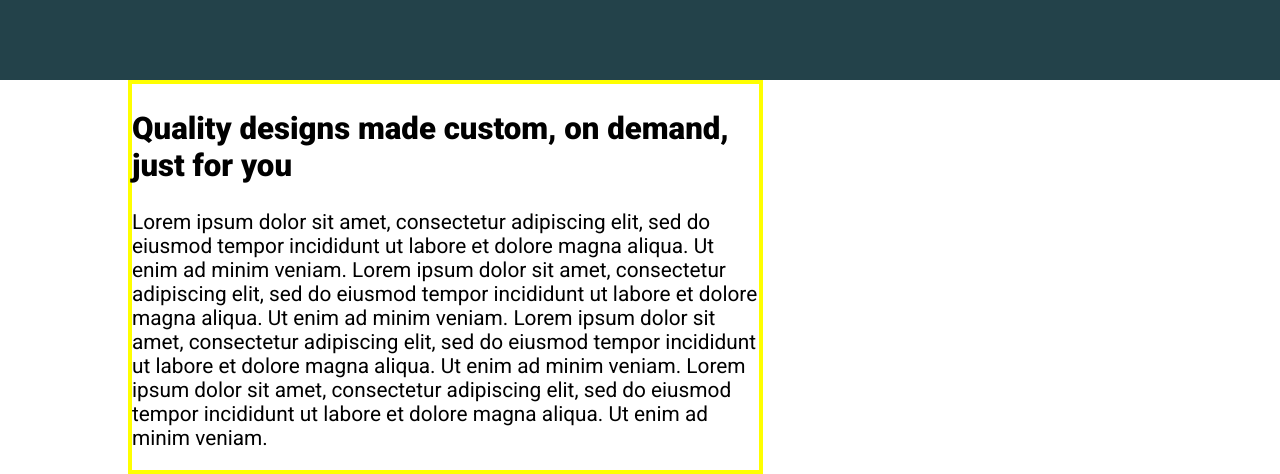
Repository: cipdanila/KP-CodePen-Home-Conquering-Responsive-Layouts-flexbox-challenge-2
Page: index.html
The author's editor kept a copy of each file at every save. The page is drawn from the files as they stood at one save, then again after the next save.
The browser window is 1280 px wide. The pictures show the part of the page from y = 464 to 956 px (the page is 938 px tall before and 956 px after).
A picture or video elsewhere on the page could not be fetched, so the positions and the page height are approximate.

Above is the page before, as saved 2024-03-28 20:29:20.

After the next save:
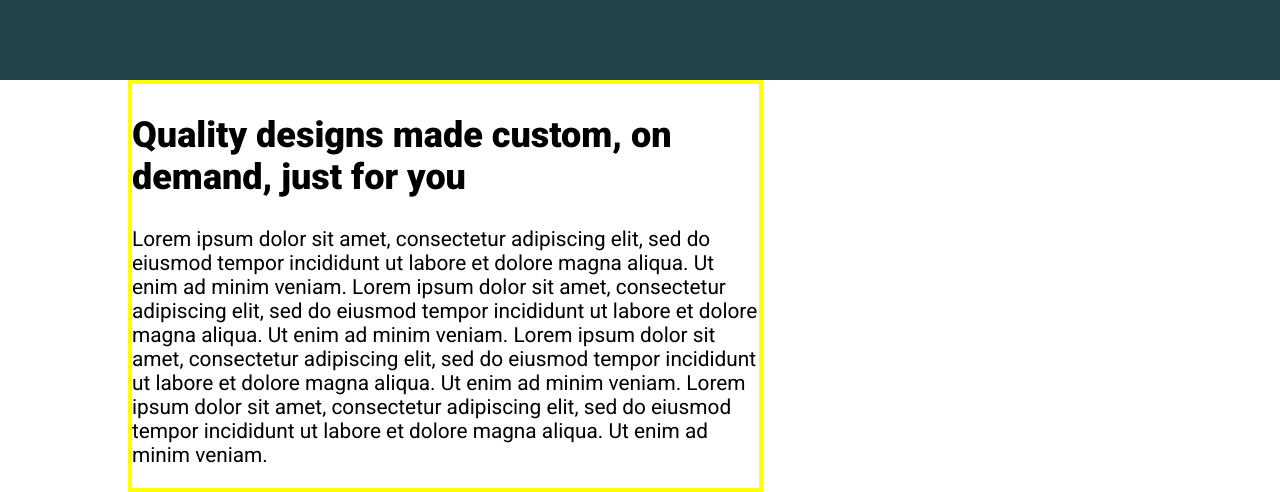
Saved 35 s later.
--- a/style.css
+++ b/style.css
@@ -32,7 +32,7 @@
 }
 
 h2 {
-
+    font-size: 2.25rem;
 }
 
 .container {
